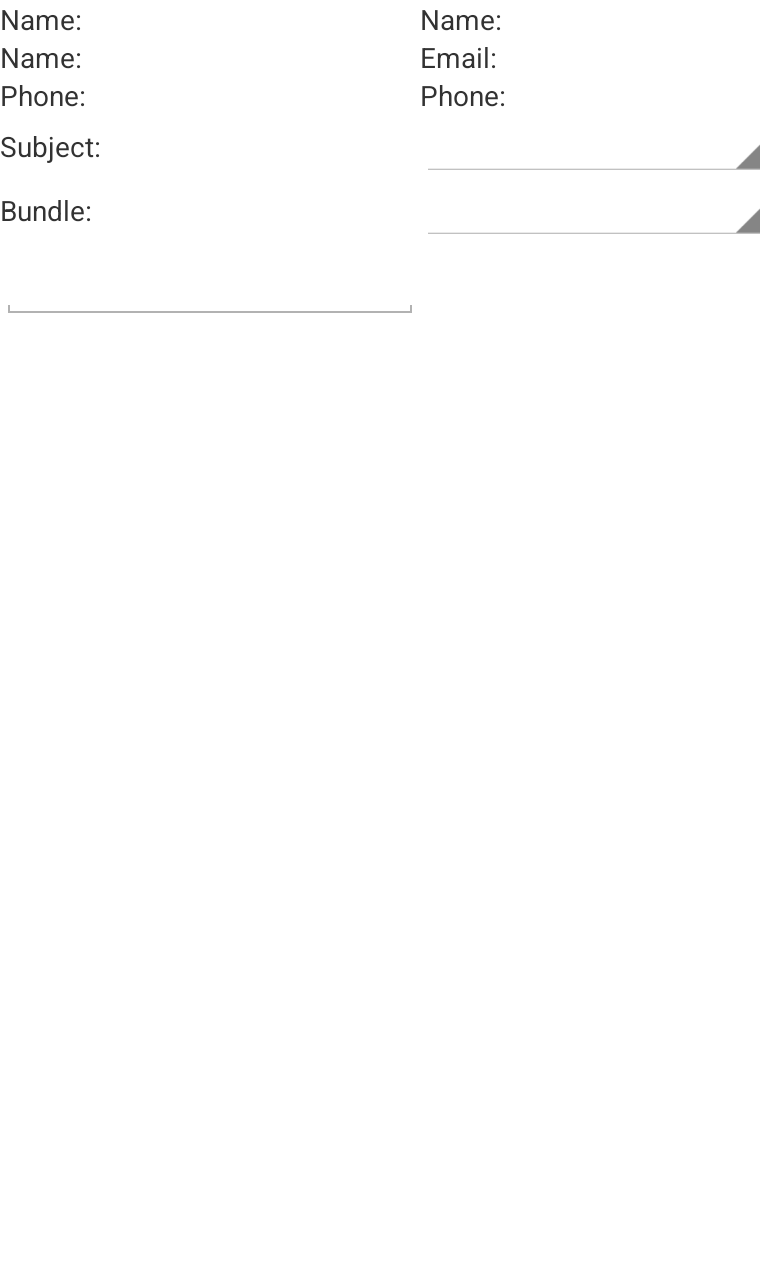
Repository: Pradeep-appstute/First
Layout: Control/res/layout/fragment_submit.xml
The author's editor kept a copy of each file at every save. The layout is drawn from the files as they stood at one save, then again after the next save.
It is drawn on a 768 x 1280 px phone screen (xhdpi) without system bars, with theme AppTheme; the app's code is not run.

Above is the layout before, as saved 2014-02-24 11:20:48.

After the next save:
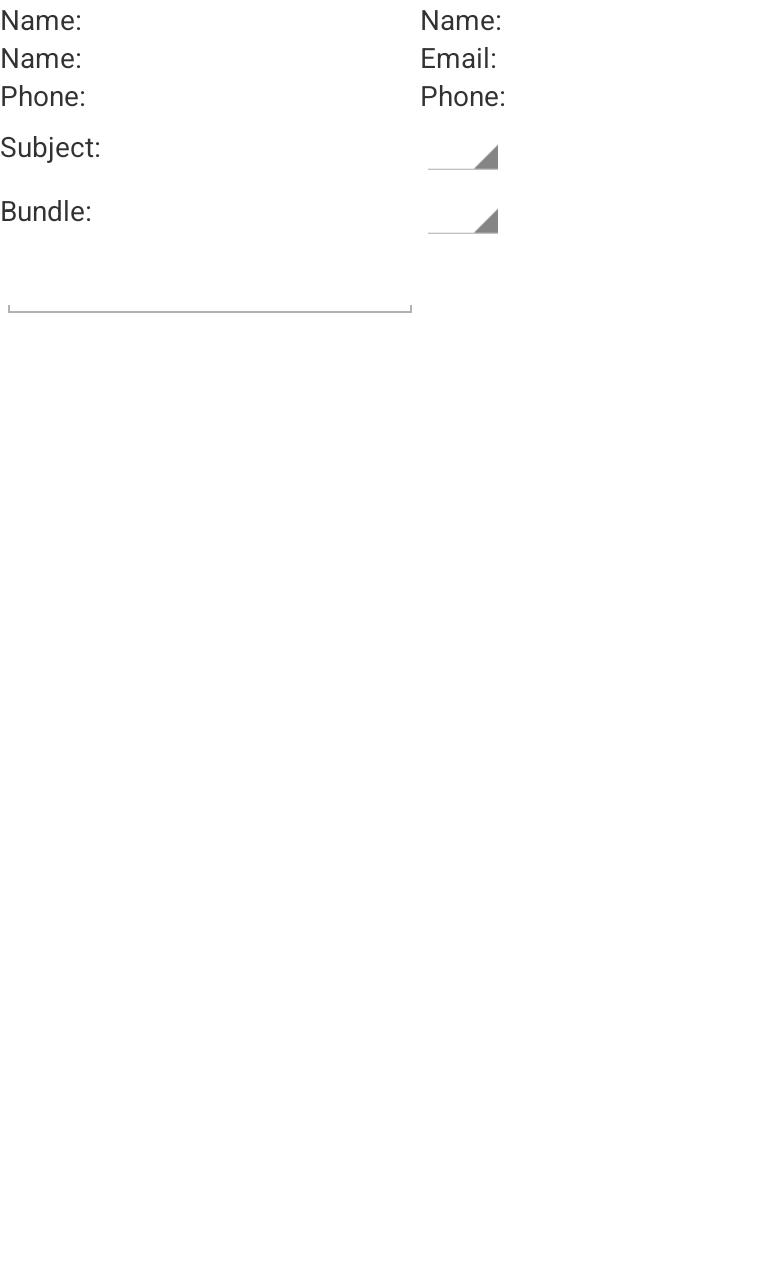
Saved 12 s later.
--- a/Control/res/layout/fragment_submit.xml
+++ b/Control/res/layout/fragment_submit.xml
@@ -2,8 +2,8 @@
 <TableLayout xmlns:android="http://schemas.android.com/apk/res/android"
     android:layout_width="match_parent"
     android:layout_height="match_parent"
-    android:shrinkColumns="1"
-    android:stretchColumns="1"
+    android:shrinkColumns="2"
+    android:stretchColumns="2"
     >
 
     <TableRow
